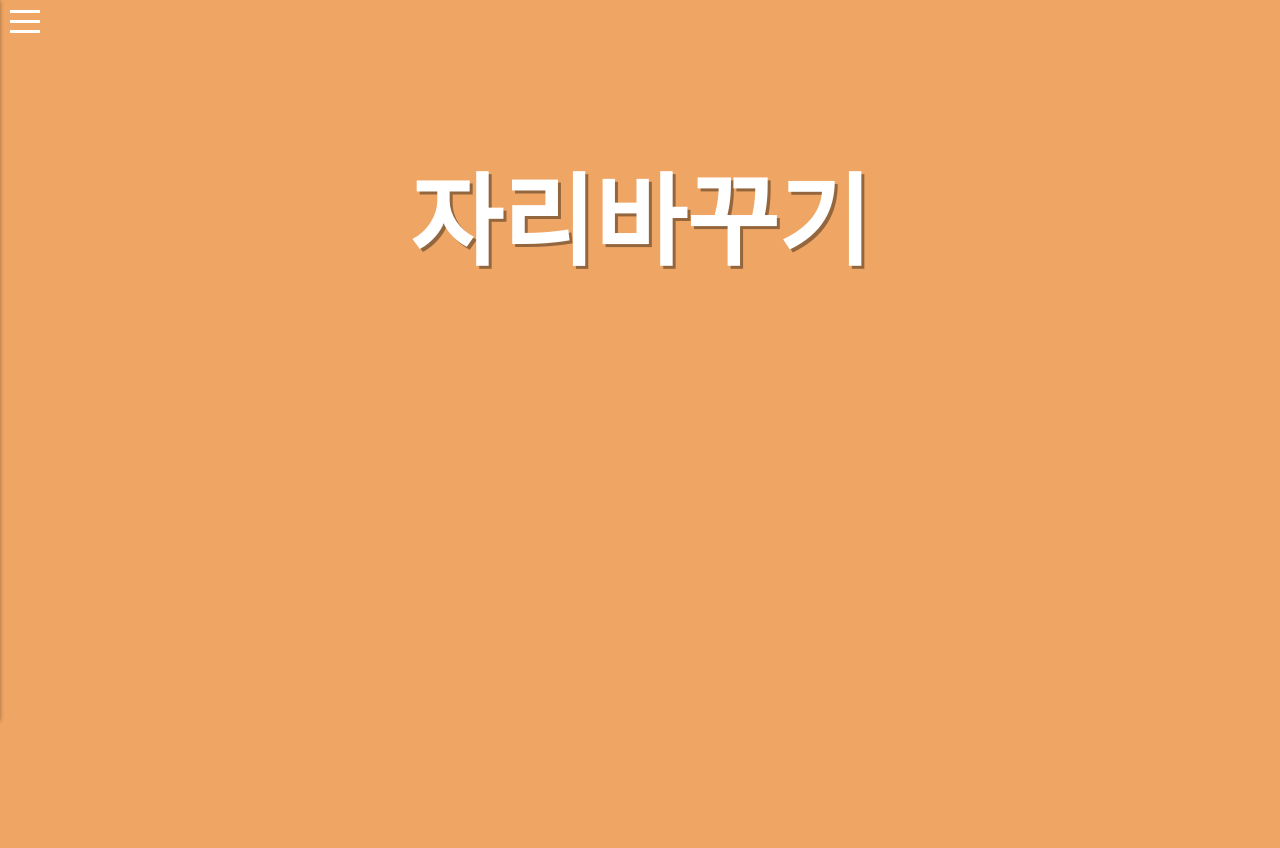
Repository: se-yoo/ChangeSeat
Page: http://localhost/ChangeSeat/main.jsp
These files come from the project's save history. The page is drawn as it stood at one moment and after the next save; the edit follows.
The browser window is 1280 px wide. The pictures show the whole page.
Some web libraries are served in a nearby version. The page is served by Tomcat 9.

Above is the page before, as saved 2018-06-25 05:40:20.

### ChangeSeat/WebContent/main.jsp
<%@ page language="java" contentType="text/html; charset=UTF-8"
    pageEncoding="UTF-8"%>
<jsp:forward page="templateTest.jsp">
	<jsp:param name="CONTENTPAGE" value="changeIndex.jsp"/>
</jsp:forward>

### ChangeSeat/WebContent/templateTest.jsp
<%@ page language="java" contentType="text/html; charset=UTF-8"
    pageEncoding="UTF-8"%>
<!DOCTYPE html>
<html>
<head>
<meta charset="UTF-8">
<title>자리바꾸기</title>
<meta name="viewport" content="width=device-width, initial-scale=1">
 <title>Side Menu</title>
 <link rel="stylesheet" href="style.css">
 <link href='https://fonts.googleapis.com/css?family=Pacifico' rel='stylesheet' type='text/css'>
 <script src="//ajax.googleapis.com/ajax/libs/jquery/1.6.1/jquery.min.js" type="text/javascript"></script>
 <script>
$(document).ready(function(){
  /*
  $(".first").mouseover(function(){
    $(".second").css("background-color", '#6b81d5');
    $(".first").css("background-color", '#D56B81');

  });
  $(".second").mouseover(function(){
    $(".second").css("background-color", '#8a6bd5');
    $(".first").css("background-color", '#6bd5bf');

  });
  */
  $(".wrap").click(function(){
    $(".top").toggleClass("addedtop");
    $(".mid").toggleClass("addedmid");
    $(".bot").toggleClass("addedbot");
$(".side").toggleClass("triggered");
    $(".sidebtn").toggleClass("sideopacity");


  });

}); //final
</script>
</head>
<body>
<%
	String contentpage=request.getParameter("CONTENTPAGE");
%>
  <div class="wrap">
<span class="line top"></span>
  <span class="line mid"></span>
  <span class="line bot"></span>
  </div>
  <div class="side">
    <a href="#" class="sidebtn">자리바꾸기</a>
    <a href="#" class="sidebtn">조편성</a>
    <a href="#" class="sidebtn">정보관리</a>
  </div>
  <jsp:include page="<%= contentpage %>"></jsp:include>
</body>
</html>

### ChangeSeat/WebContent/changeIndex.jsp
<%@ page language="java" contentType="text/html; charset=UTF-8"
    pageEncoding="UTF-8"%>
<!DOCTYPE html>
<html>
<head>
<meta content="text/html; charset=UTF-8">
<title></title>
</head>
<body>
	<h1 class="header">
    	자리바꾸기
  	</h1>
</body>
</html>

### ChangeSeat/WebContent/style.css
@CHARSET "UTF-8";
body {
  font-family: "roboto", sans-serif;
  background-color:#efa563;
  margin: 0;
  padding: 0;
}
html,body {
 height:100%;
}
.line {
 display: block;
  height:3px;
  width:30px;
  background-color:white;
  margin-top:5px;
  position: absolute;
  top:0;

  transition: all .4s ease-in-out;
}
.wrap {
 height:80px;
  position: relative;
  top:5px;
  left:10px;
  width: 30px;
  z-index: +150;
  cursor: pointer;
  height:30px;
  position: fixed;
}

.mid {
 top:10px;
}
.bot {
top:20px;
}

.addedmid {
  transform: rotate(135deg);
}
.addedtop {
  transform: rotate(45deg);
  top:10px;
}
.addedbot {
 opacity: 0;
}
.side {
 width:20%;
  position: fixed;
  height:100%;
  text-align: center;
  left:-20%;
  z-index: 80;
  box-shadow: 0 1px 4px 0 rgba(0,0,0,0.37);
  top:0;
  background-color: #a56f53;
  transition: all .5s ease-in-out;
}
.sidebtn {
 text-decoration: none;
  display: block;
  color:white;
  font-family: 'pacifico';
  font-size:35px;
  opacity:0;
  width:50%;
  position: relative;
  left:25%;
  top:30%;
  white-space: nowrap;
  line-height:100px;
  transition:all .25s ease-in-out;

}
.sideopacity  {
 opacity: 1;
  transition: all 1s ease-in-out;
}
.sidebtn:hover {
  text-shadow: 2px 2px rgba(0, 0, 0, 0.38);
}
.triggered {
 left:0;
}
.sidebtn::after {
 content: '';
  position: absolute;
  bottom:0;
  left:50%;
  width:0%;
  height:5px;
  background-color: white;
  transition: all .3s ease-out;
}
.sidebtn:hover::after {
 width: 100%;
  left:0;
  box-shadow: 2px 2px rgba(0, 0, 0, 0.38);
}
.header {
  font-family:'pacifico';
  color:white;
  font-size:100px;
  margin-top:10%;
  text-align:center;
  cursor: default;
  transition: all .4s ease-in-out;
  text-shadow: 3px 3px rgba(0, 0, 0, 0.38);
}

After the next save:
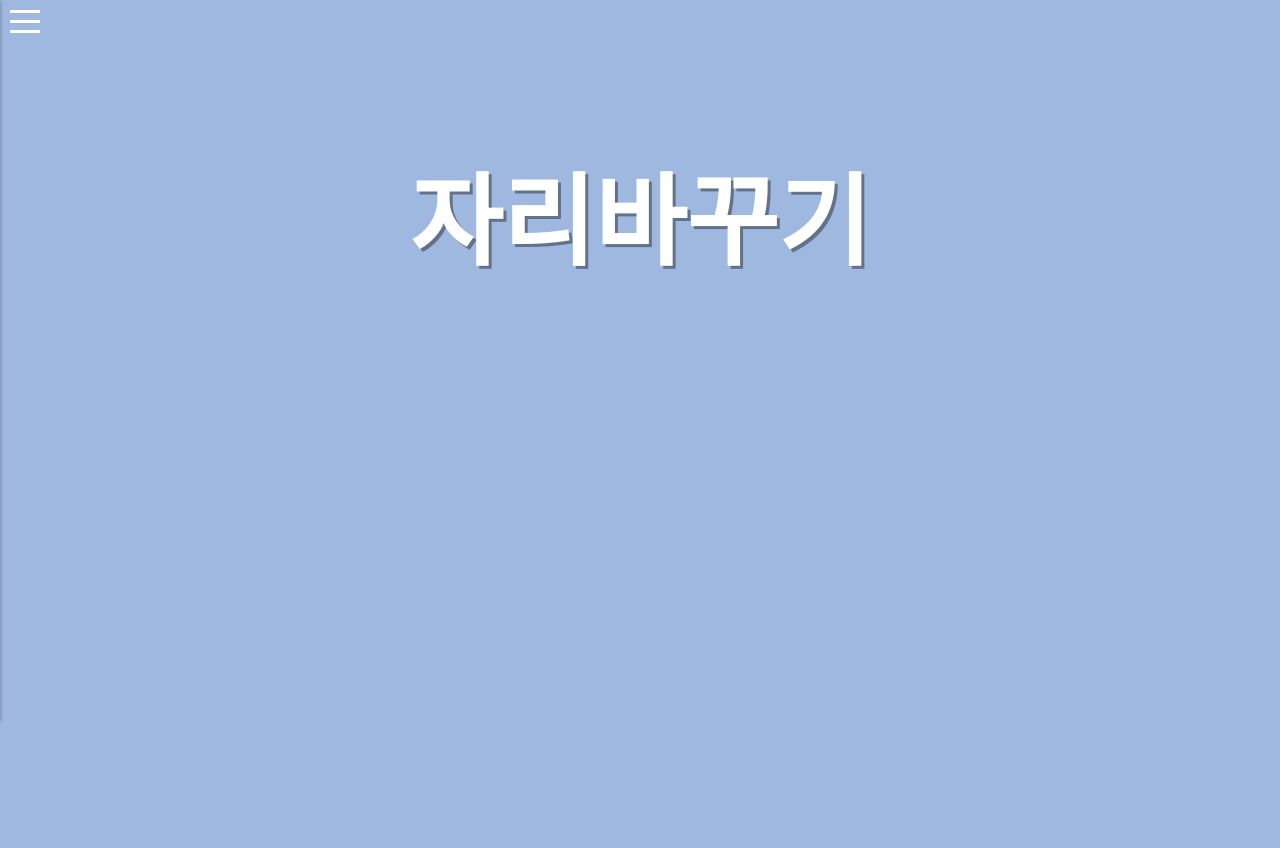
Saved 3 min 8 s later.
--- a/ChangeSeat/WebContent/style.css
+++ b/ChangeSeat/WebContent/style.css
@@ -1,7 +1,7 @@
 @CHARSET "UTF-8";
 body {
   font-family: "roboto", sans-serif;
-  background-color:#efa563;
+  background-color:#9fb8e0;
   margin: 0;
   padding: 0;
 }
